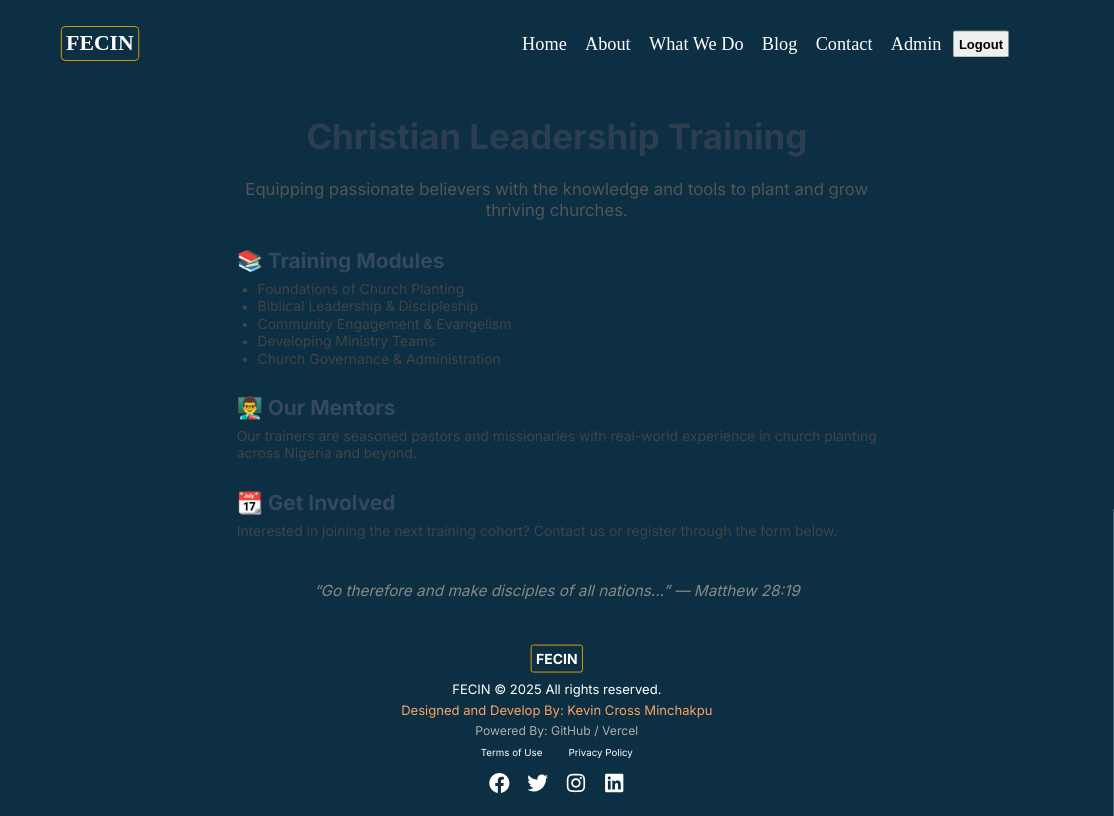
Repository: KCMinchakpu/fecin-projectgs497
Page: /leadership-development
An editor plug-in stored every save of this project. The page is shown before and after a run of saves, followed by the edit.
The browser window is 1280 px wide. The pictures show the whole page, at 87% of full size.
The project was rebuilt for these pictures with package versions that can differ from the ones it lists, and the page was loaded fresh each time. The framework's server and built-in components were replaced by stand-ins that run in the browser. Also part of the build but not shown: next.config.mjs.

Above is the page before, as saved 2025-04-07 18:44:54.

After the next 3 saves:
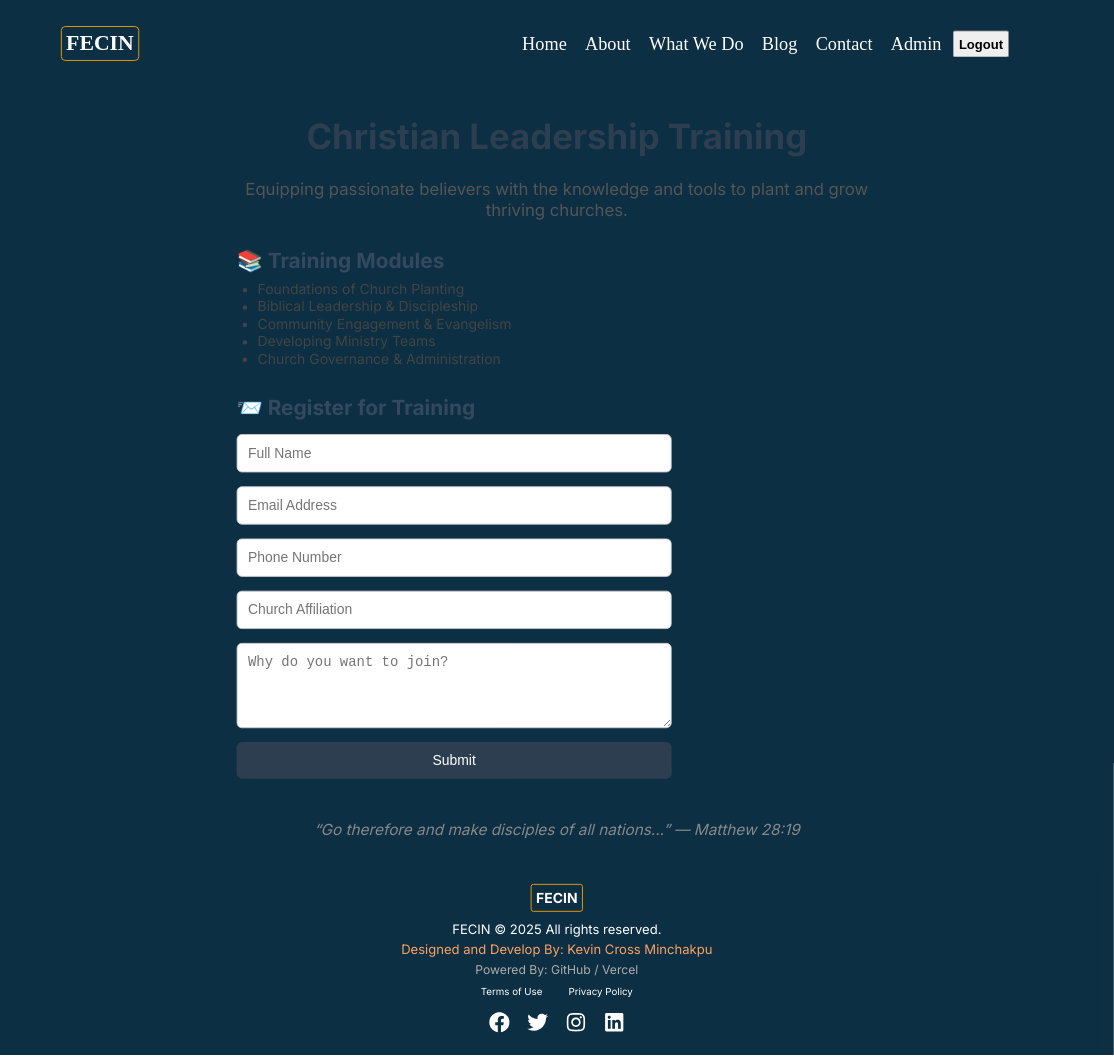
The 3 saves are shown as one change because 2 did not build or start.
The last was saved 6 min 6 s later.
--- a/src/app/leadership-development/page.jsx
+++ b/src/app/leadership-development/page.jsx
@@ -1,7 +1,29 @@
 // app/leadership/page.tsx
+'use client';
+
+import { useState } from 'react';
 import styles from './Leadership.module.css';
 
 export default function LeadershipTrainingPage() {
+  const [form, setForm] = useState({
+    name: '',
+    email: '',
+    phone: '',
+    church: '',
+    message: '',
+  });
+
+  const handleChange = (e) => {
+    setForm({ ...form, [e.target.name]: e.target.value });
+  };
+
+  const handleSubmit = (e) => {
+    e.preventDefault();
+    console.log('Form submitted:', form);
+    alert('Thank you for registering! We will get in touch soon.');
+    setForm({ name: '', email: '', phone: '', church: '', message: '' });
+  };
+
   return (
     <div className={styles.container}>
       <h1 className={styles.heading}>Christian Leadership Training</h1>
@@ -21,17 +43,48 @@ export default function LeadershipTrainingPage() {
       </section>
 
       <section className={styles.section}>
-        <h2>👨‍🏫 Our Mentors</h2>
-        <p>
-          Our trainers are seasoned pastors and missionaries with real-world experience in church planting across Nigeria and beyond.
-        </p>
-      </section>
-
-      <section className={styles.section}>
-        <h2>📆 Get Involved</h2>
-        <p>
-          Interested in joining the next training cohort? <a href="/contact">Contact us</a> or register through the form below.
-        </p>
+        <h2>📨 Register for Training</h2>
+        <form onSubmit={handleSubmit} className={styles.form}>
+          <input
+            type="text"
+            name="name"
+            placeholder="Full Name"
+            value={form.name}
+            onChange={handleChange}
+            required
+          />
+          <input
+            type="email"
+            name="email"
+            placeholder="Email Address"
+            value={form.email}
+            onChange={handleChange}
+            required
+          />
+          <input
+            type="tel"
+            name="phone"
+            placeholder="Phone Number"
+            value={form.phone}
+            onChange={handleChange}
+            required
+          />
+          <input
+            type="text"
+            name="church"
+            placeholder="Church Affiliation"
+            value={form.church}
+            onChange={handleChange}
+          />
+          <textarea
+            name="message"
+            placeholder="Why do you want to join?"
+            value={form.message}
+            onChange={handleChange}
+            rows={4}
+          />
+          <button type="submit">Submit</button>
+        </form>
       </section>
 
       <blockquote className={styles.quote}>
--- a/src/app/leadership-development/Leadership.module.css
+++ b/src/app/leadership-development/Leadership.module.css
@@ -46,3 +46,34 @@
     font-size: 1.1rem;
     color: #888;
   }
+
+  .form {
+    display: flex;
+    flex-direction: column;
+    gap: 1rem;
+    max-width: 500px;
+    margin-top: 1rem;
+  }
+
+  .form input,
+  .form textarea {
+    padding: 0.75rem;
+    font-size: 1rem;
+    border: 1px solid #ccc;
+    border-radius: 6px;
+  }
+
+  .form button {
+    padding: 0.75rem;
+    background-color: #2c3e50;
+    color: white;
+    border: none;
+    border-radius: 6px;
+    font-size: 1rem;
+    cursor: pointer;
+    transition: background-color 0.2s ease;
+  }
+
+  .form button:hover {
+    background-color: #1a242f;
+  }
